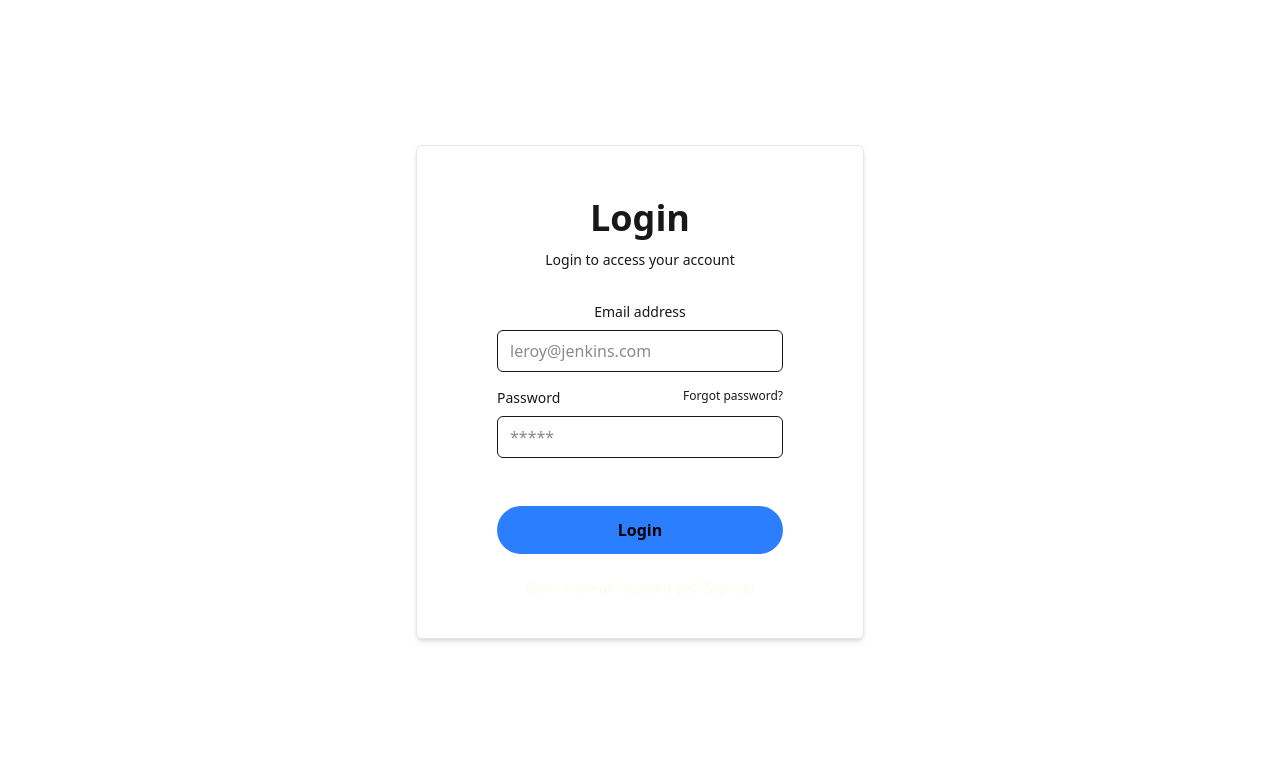
Repository: syedbayzid82849/DevForum_client_site
Page: /login
An editor plug-in stored every save of this project. The page is shown before and after the next save, followed by the edit.
The browser window is 1280 px wide. The pictures show the whole page.
The project was rebuilt for these pictures with package versions that can differ from the ones it lists, and the page was loaded fresh each time. Also part of the build but not shown: vite.config.js, src/App.jsx, src/components/Navbar/JoinUsModal.jsx, src/components/Navbar/Navbar.jsx, src/layouts/MainLayout/MainLayout.jsx, src/pages/Home/HeroSection.jsx, src/pages/Home/Home.jsx, src/pages/Authentication/Register.jsx.

Above is the page before, as saved 2025-07-08 22:55:54.

### src/main.jsx
import { StrictMode } from 'react'
import { createRoot } from 'react-dom/client'
import './index.css'
import App from './App.jsx'
import { RouterProvider } from 'react-router'
import router from './Routers/router.jsx'
import AuthProvider from './context/AuthProvider.jsx'

createRoot(document.getElementById('root')).render(
  <StrictMode>
    <AuthProvider>
      <RouterProvider router={router} />
    </AuthProvider>
  </StrictMode>,
)

### src/Routers/router.jsx
import React from 'react';
import { createBrowserRouter } from 'react-router';
import MainLayout from '../layouts/MainLayout/MainLayout';
import Login from '../pages/Authentication/Login';
import Home from '../pages/Home/Home';
import AuthLayout from '../pages/Authentication/AuthLayout';
import Register from '../pages/Authentication/Register';

const router = createBrowserRouter([
    {
        path: "/",
        element: <MainLayout></MainLayout>,
        children: [
            {
                index: true,
                element: <Home />,
            },
        ],
    },
    {
        path: "/",
        element: <AuthLayout />,
        children: [
            {
                path: "/login",
                element: <Login />,
            },
            {
                path: "/register",
                element: <Register />,
            },
        ],
    },
]);

export default router;

### src/context/AuthProvider.jsx
import React, { useEffect, useState } from 'react';
import { createUserWithEmailAndPassword, GithubAuthProvider, GoogleAuthProvider, onAuthStateChanged, signInWithEmailAndPassword, signInWithPopup, signOut, updateProfile } from "firebase/auth";
import { AuthContext } from '../context/AuthContext';
import { auth } from '../firebase/firebase.init';


const AuthProvider = ({ children }) => {
    const provider = new GoogleAuthProvider();
    // loading
    const [loading, setLoading] = useState(true);
    // user chack
    const [user, setUser] = useState(null);
    console.log(user);

    // create user with name, email, password, photoURL
    const createUserWithEP = (email, password) => {
        setLoading(true);
        return createUserWithEmailAndPassword(auth, email, password)
    }

    // log in user with email and password
    const loginUserWithEP = (email, password) => {
        setLoading(true);
        return signInWithEmailAndPassword(auth, email, password)
    }

    // sign in with google
    const userWithGoogle = () => {
        setLoading(true);
        return signInWithPopup(auth, provider)
    }


    // update user profile (new function)
    const updateUserProfile = (name, photo) => {
        setLoading(true);
        return updateProfile(auth.currentUser, {
            displayName: name,
            photoURL: photo
        });
    }

    // sign out user
    const signOutUser = () => {
        setLoading(true);
        return signOut(auth);
    }

    // // get all courses from the server
    // const getAllCourses = () => {
    //     setLoading(true);
    //     return axios.get('https://academix-hub-server.vercel.app/all-course')
    //         .then(response => {
    //             setLoading(false);
    //             return response.data;
    //         })
    //         .catch(error => {
    //             console.error("Error fetching courses:", error);
    //             throw error;
    //         });
    // }

    // user check
    useEffect(() => {
        const unsubscribe = onAuthStateChanged(auth, (currentUser) => {
            setUser(currentUser);
            setLoading(false);
        });
        return () => unsubscribe();
    }, []);



    const authInformation = {
        user,
        setUser,
        loading,
        setLoading,
        createUserWithEP,
        loginUserWithEP,
        userWithGoogle,
        updateUserProfile,
        signOutUser,
    };
    return (
        <AuthContext.Provider value={authInformation}>
            {children}
        </AuthContext.Provider>
    );
};

export default AuthProvider;

### src/pages/Authentication/Login.jsx
import React from 'react';
import { useForm } from 'react-hook-form';
import { NavLink } from 'react-router';

const Login = () => {
    const { register, handleSubmit, formState: { errors } } = useForm();

    const onSubmit = (data) => {
        console.log("Login Data:", data);
        // data.email, data.password এখানে পাওয়া যাবে
    };

    return (
        <div className="flex flex-col max-w-md mx-auto items-center p-6 rounded-md sm:p-10 ">
            <div className="mb-8 text-center">
                <h1 className="my-3 text-4xl font-bold">Login</h1>
                <p className="text-sm dark:text-gray-600">Login to access your account</p>
            </div>

            <form onSubmit={handleSubmit(onSubmit)} className="space-y-12 w-full">
                <div className="space-y-4">
                    <div>
                        <label htmlFor="email" className="block mb-2 text-sm">Email address</label>
                        <input
                            type="email"
                            id="email"
                            placeholder="leroy@jenkins.com"
                            className="w-full px-3 py-2 border rounded-md dark:border-gray-300 dark:bg-gray-50 dark:text-gray-800"
                            {...register("email", { required: "Email is required" })}
                        />
                        {errors.email && <p className="text-red-500 text-sm">{errors.email.message}</p>}
                    </div>

                    <div>
                        <div className="flex justify-between mb-2">
                            <label htmlFor="password" className="text-sm">Password</label>
                            <a href="#" className="text-xs hover:underline dark:text-gray-600">Forgot password?</a>
                        </div>
                        <input
                            type="password"
                            id="password"
                            placeholder="*****"
                            className="w-full px-3 py-2 border rounded-md dark:border-gray-300 dark:bg-gray-50 dark:text-gray-800"
                            {...register("password", { required: "Password is required" })}
                        />
                        {errors.password && <p className="text-red-500 text-sm">{errors.password.message}</p>}
                    </div>
                </div>

                <div className="space-y-2">
                    <div>
                        <button type="submit" className="w-full px-8 py-3 font-semibold rounded-4xl mb-4 bg-blue-500 text-black ">
                            Login
                        </button>
                    </div>
                    <p className="px-6 text-sm text-center text-amber-50 ">Don't have an account yet?
                        <NavLink to="/register"><span className="hover:underline text-amber-50"> Sign up</span></NavLink>
                    </p>
                </div>
            </form>
        </div>
    );
};

export default Login;

### src/pages/Authentication/AuthLayout.jsx
import React from 'react';
import { Outlet } from 'react-router';

const AuthLayout = () => {
    return (
        <div className="min-h-screen flex items-center justify-center  dark:bg-gray-900">
            <div className="w-full max-w-md px-6 rounded-md sm:px-10 border border-gray-200 bg-white dark:bg-gray-800 dark:text-gray-100 shadow-md">
                <Outlet />
            </div>
        </div>
    );
};

export default AuthLayout;

### src/firebase/firebase.init.js
// Import the functions you need from the SDKs you need
import { initializeApp } from "firebase/app";
import { getAuth } from "firebase/auth";

// TODO: Add SDKs for Firebase products that you want to use
// https://firebase.google.com/docs/web/setup#available-libraries

// Your web app's Firebase configuration
const firebaseConfig = {
    apiKey: import.meta.env.VITE_apiKey, // Use VITE_ prefix for environment variables in Vite
    authDomain: import.meta.env.VITE_authDomain, // Use VITE_ prefix for environment variables in Vite
    projectId: import.meta.env.VITE_projectId, // Use VITE_ prefix for environment variables in Vite
    storageBucket: import.meta.env.VITE_storageBucket, // Use VITE_ prefix for environment variables in Vite
    messagingSenderId: import.meta.env.VITE_messagingSenderId, // Use VITE_ prefix for environment variables in Vite
    appId: import.meta.env.VITE_appId // Use VITE_ prefix for environment variables in Vite
};

// Initialize Firebase
const app = initializeApp(firebaseConfig);


// Initialize Firebase Authentication and get a reference to the service
export const auth = getAuth(app);

Loaded but not shown: index.html (common file); src/index.css (common file); src/App.css (common file); src/context/AuthContext.jsx (common file)

After the next save:
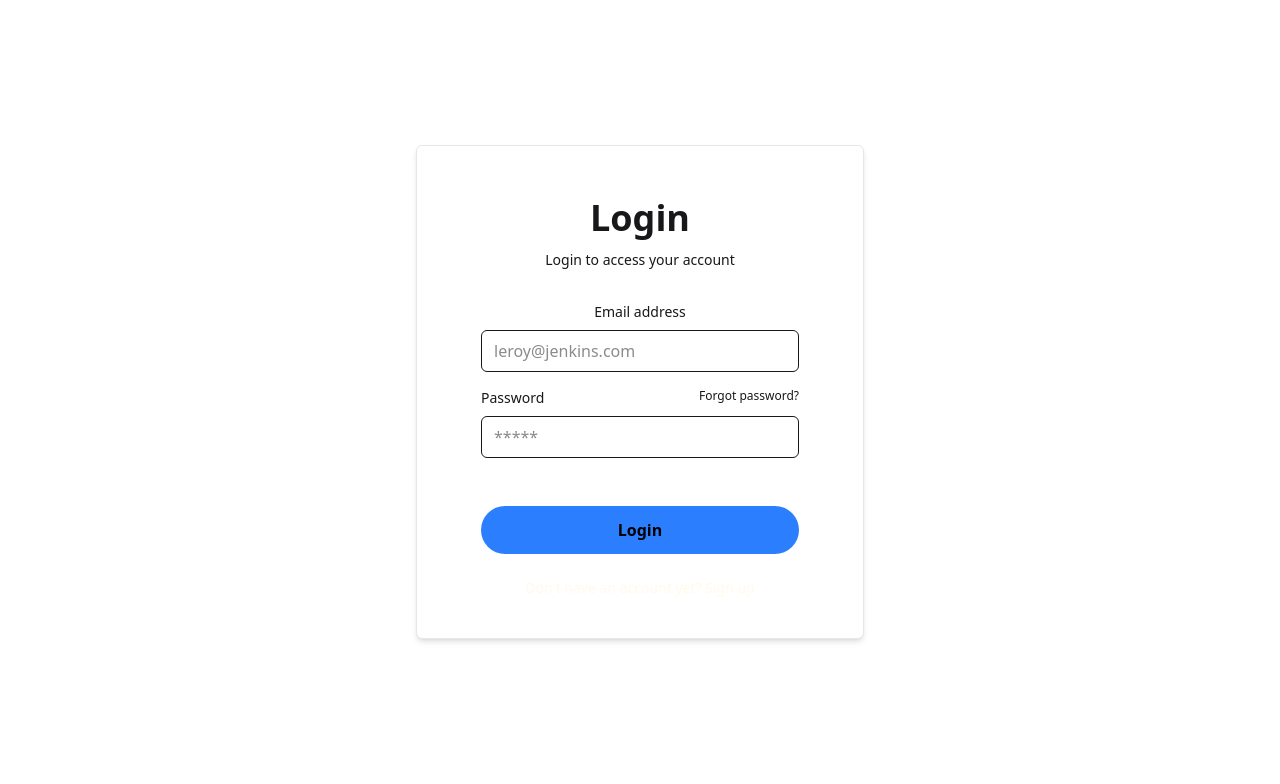
Saved 14 s later.
--- a/src/pages/Authentication/AuthLayout.jsx
+++ b/src/pages/Authentication/AuthLayout.jsx
@@ -4,7 +4,7 @@ import { Outlet } from 'react-router';
 const AuthLayout = () => {
     return (
         <div className="min-h-screen flex items-center justify-center  dark:bg-gray-900">
-            <div className="w-full max-w-md px-6 rounded-md sm:px-10 border border-gray-200 bg-white dark:bg-gray-800 dark:text-gray-100 shadow-md">
+            <div className="w-full max-w-md px-6 rounded-md  border border-gray-200 bg-white dark:bg-gray-800 dark:text-gray-100 shadow-md">
                 <Outlet />
             </div>
         </div>
